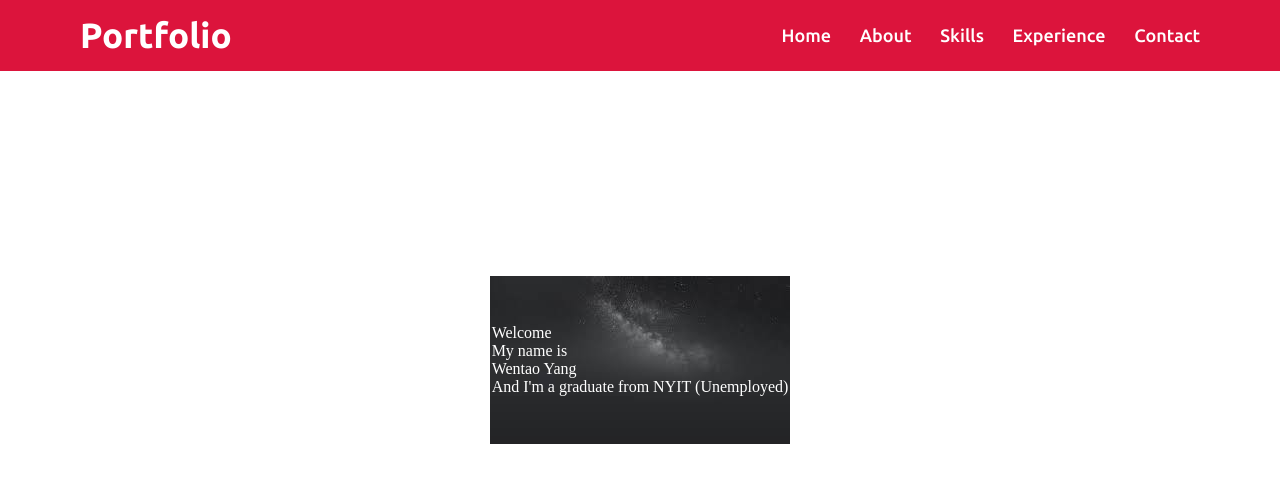
Repository: wyang08/wyang08.github.io
Page: index.html
The author's editor kept a copy of each file at every save. The page is drawn from the files as they stood at one save, then again after the next save.
The browser window is 1280 px wide. The pictures show the whole page.

Above is the page before, as saved 2021-07-02 14:54:50.

After the next save:
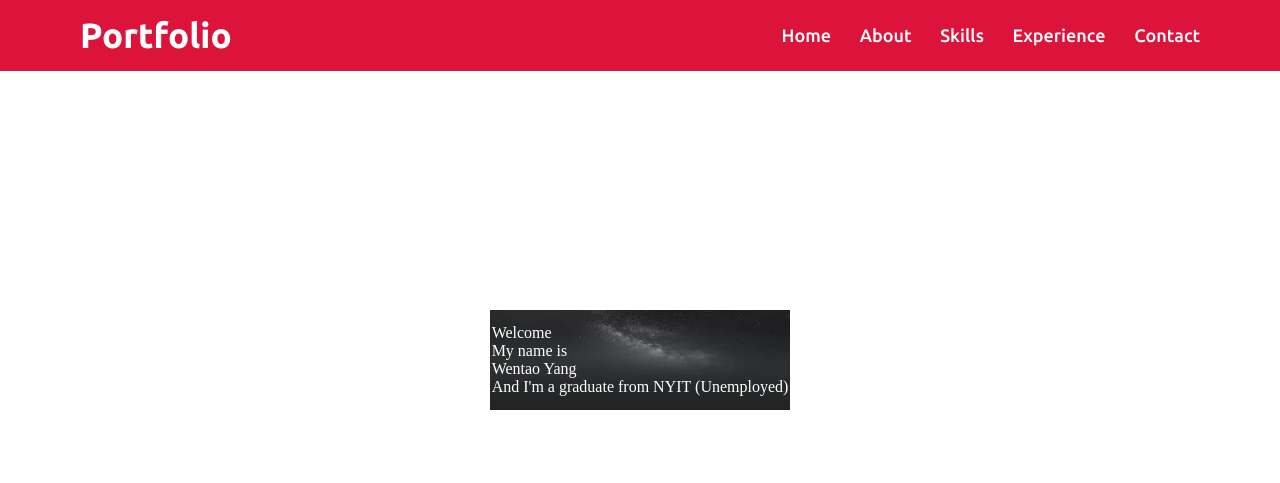
Saved 52 s later.
--- a/style.css
+++ b/style.css
@@ -56,6 +56,7 @@
     background: white;
     height: 100vh;
     background: url("images/black_content.jpg") no-repeat center;
+    background-size: 300px 100px;
     min-height: 500px;
     color: white;
 }
